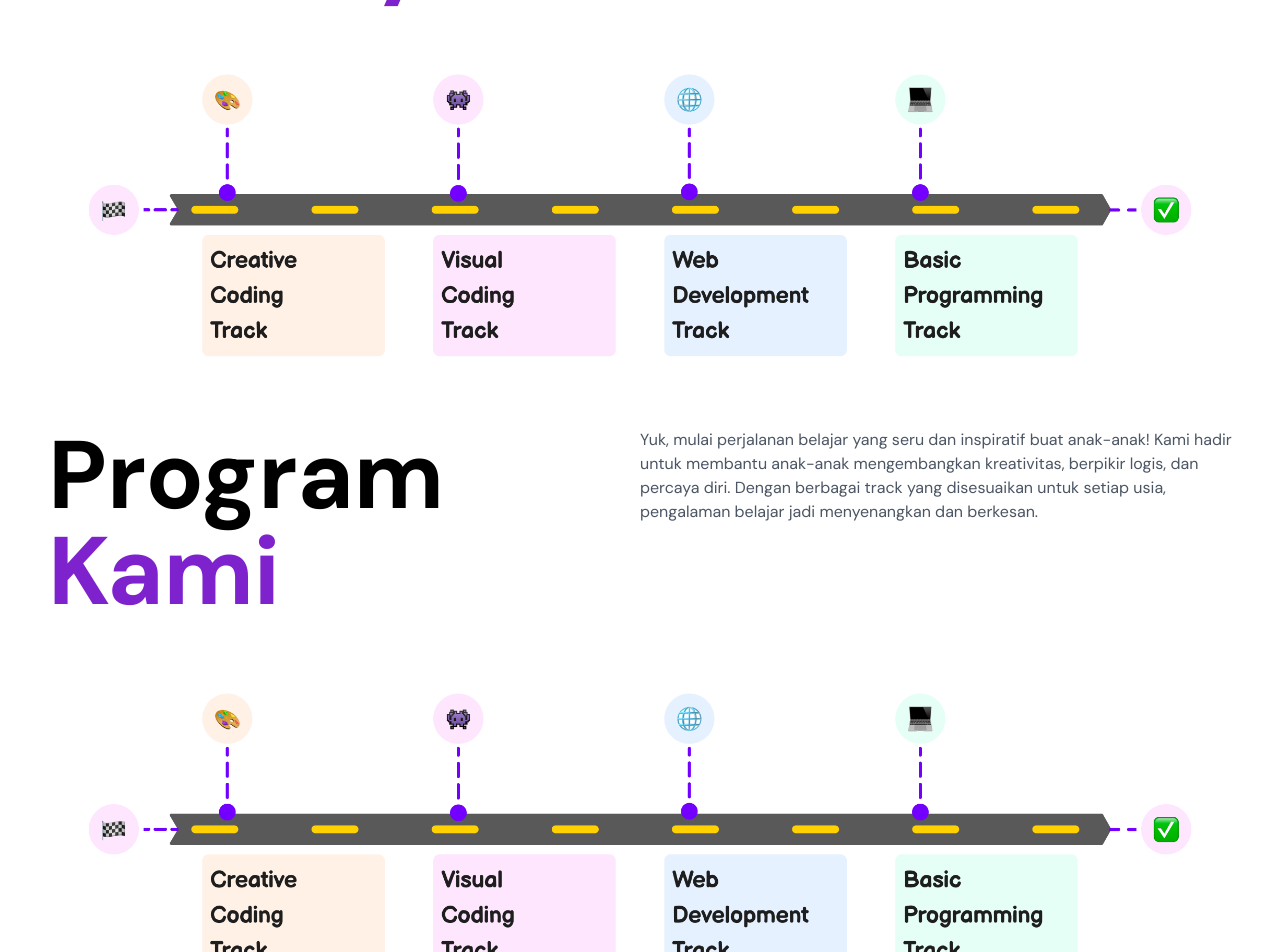
Repository: paskasiregar/ttccomweb
Page: /track/basic-programming
An editor plug-in stored every save of this project. The page is shown before and after the next save, followed by the edit.
The browser window is 1280 px wide. The pictures show the part of the page from y = 1783 to 2735 px (the page is 2863 px tall).
The project was rebuilt for these pictures with package versions that can differ from the ones it lists, and the page was loaded fresh each time. The framework's server and built-in components were replaced by stand-ins that run in the browser. Also part of the build but not shown: next.config.js, next.config.mjs.

Above is the page before, as saved 2024-11-16 22:56:56.

After the next save:
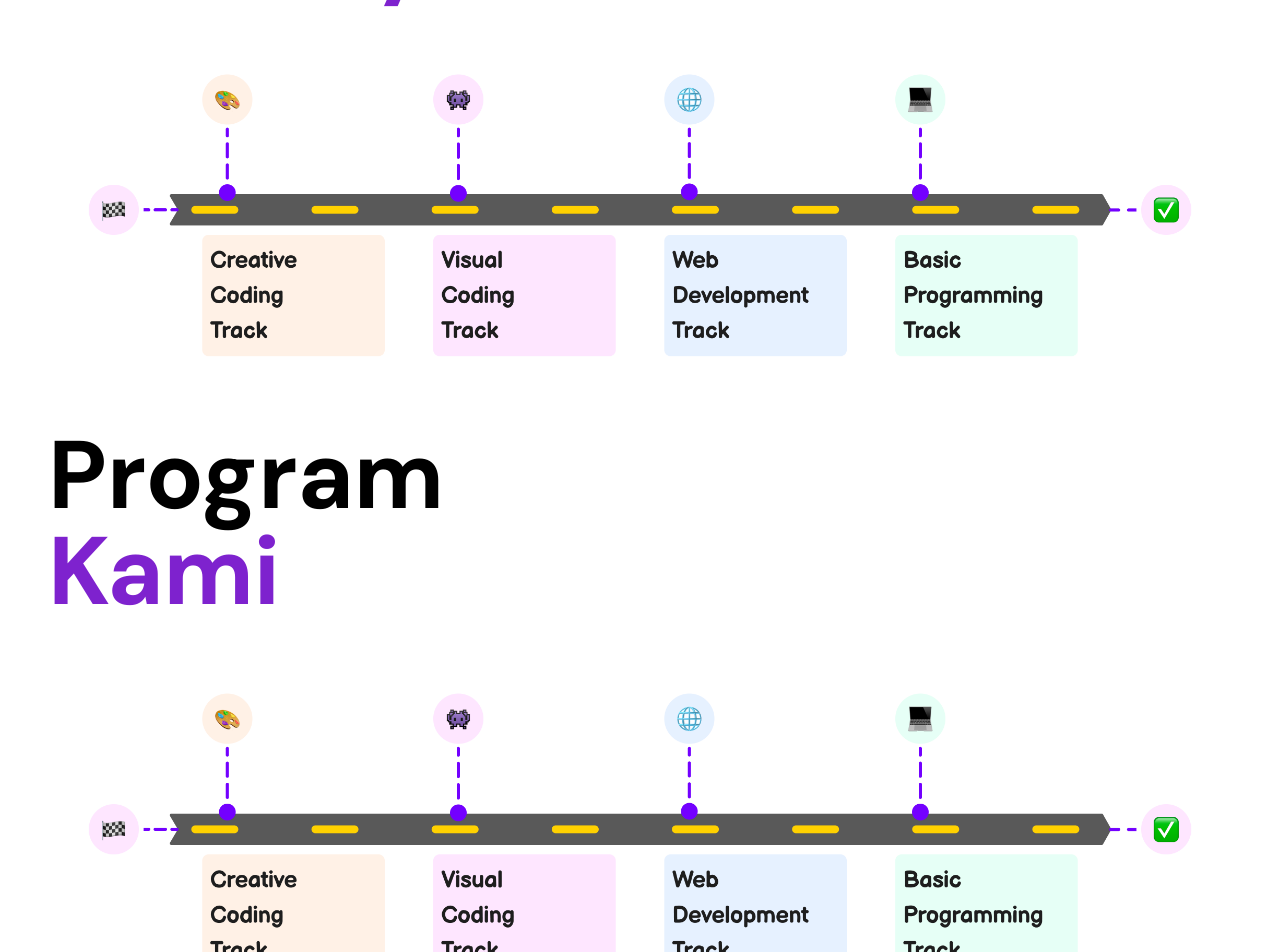
Saved 20 s later.
--- a/src/app/track/[track]/page.js
+++ b/src/app/track/[track]/page.js
@@ -112,17 +112,6 @@ export default function TrackPage() {
                   Program <span className="text-purple-700">Kami</span>
                 </h1>
               </div>
-
-              {/* Description */}
-              <div className="mt-6 md:mt-0 md:w-1/2 mb-8">
-                <p className="text-gray-600 text-base md:text-md">
-                  Yuk, mulai perjalanan belajar yang seru dan inspiratif buat
-                  anak-anak! Kami hadir untuk membantu anak-anak mengembangkan
-                  kreativitas, berpikir logis, dan percaya diri. Dengan berbagai
-                  track yang disesuaikan untuk setiap usia, pengalaman belajar
-                  jadi menyenangkan dan berkesan.
-                </p>
-              </div>
             </div>
 
             {/* Image */}
